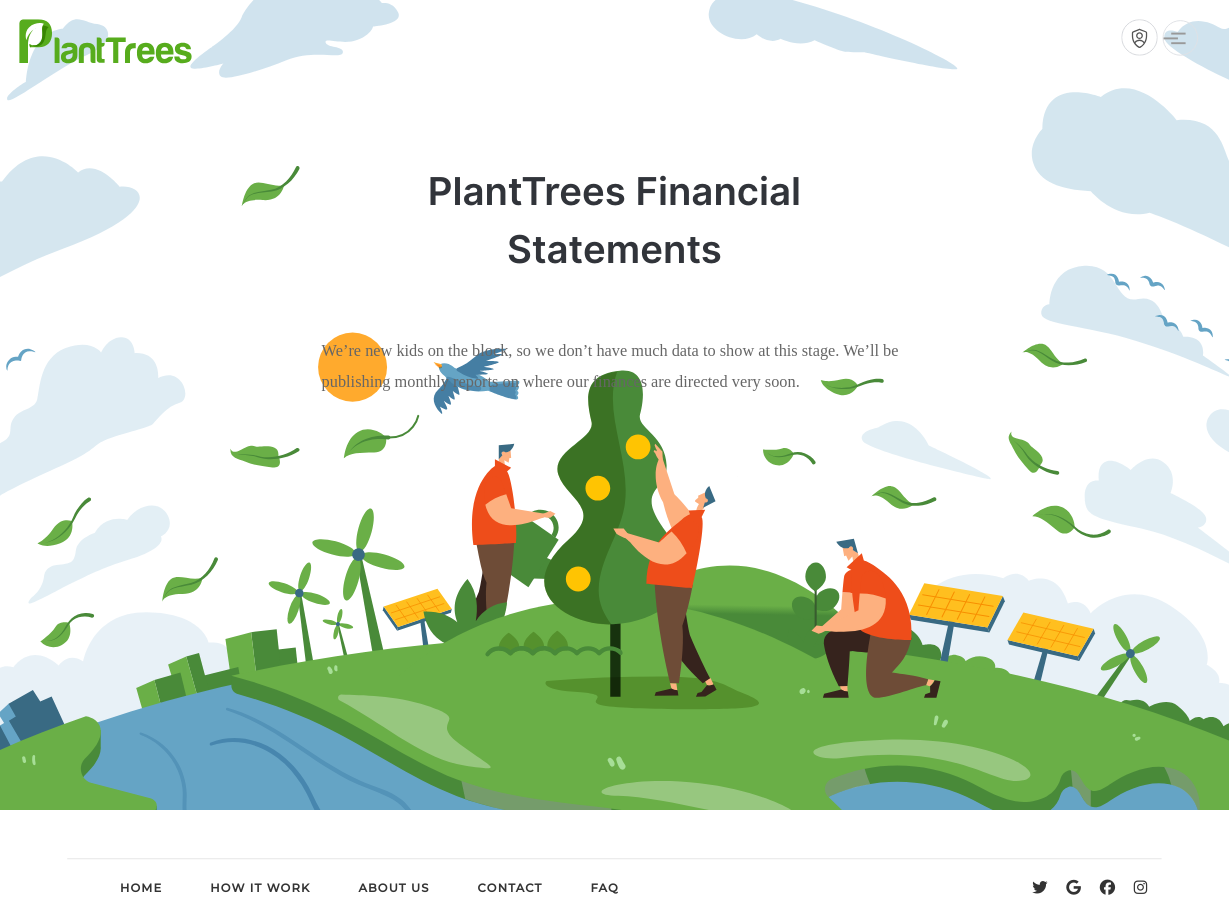
Repository: caothaito/b6g6
Page: bogo/financial.html
These files come from the project's save history. The page is drawn as it stood at one moment and after the next save; the edit follows.
The browser window is 1280 px wide. The pictures show the whole page, at 96% of full size.
Some web libraries are served in a nearby version. The style sheet was rebuilt from its Sass, Less or Tailwind sources for each picture, by a compiler version that may differ from the author's.

Above is the page before, as saved 2020-09-17 10:52:25.

### bogo/financial.html
<!DOCTYPE html>
<html lang="en">

<head>
    <meta charset="UTF-8">
    <meta name="viewport" content="width=device-width, initial-scale=1.0">
    <title>Document</title>
    <link rel="stylesheet" href="https://maxcdn.bootstrapcdn.com/bootstrap/4.0.0/css/bootstrap.min.css"
        integrity="sha384-Gn5384xqQ1aoWXA+058RXPxPg6fy4IWvTNh0E263XmFcJlSAwiGgFAW/dAiS6JXm" crossorigin="anonymous">

    <script src="https://ajax.googleapis.com/ajax/libs/jquery/3.5.1/jquery.min.js"></script>
    <!-- ==============fontawesome=== -->
    <script src="https://kit.fontawesome.com/c28984a6f5.js" crossorigin="anonymous"></script>
    <!-- ================owl================== -->
    <link rel="stylesheet" href="owlcarousel/assets/owl.carousel.min.css">
    <link rel="stylesheet" href="owlcarousel/assets/owl.theme.default.min.css">
    <script src="owlcarousel/owl.carousel.min.js"></script>

    <!-- =========================== -->
    <link rel="stylesheet" href="./assets/css/style.css">
    <link rel="stylesheet" href="./assets/css/financial.css">
</head>

<body>
    <div class="plant-trees-main main-contact-us float-left w-100">
        <div class="plant-trees-home  float-left w-100">
            <div class="plant-trees-home-searchTop float-left w-100 ">
                <a href="#" class="plant-trees-topLogo" id="topLogo">
                    <img src="./assets/images/logo.svg" alt="" class="plant-trees-logo">
                </a>
                <div class="plant-trees-searchRight float-right ">
                    <div class="plant-trees-account">
                        <div class="plant-trees-account-info" style="display:none">
                            <div class="item float-left ">
                                <div class="icon float-left">
                                    <img src="./assets/images/square.svg" alt="square.svg">
                                </div>
                                <div class="content float-right">
                                    <div class="title">Get Our App & Extension</div>
                                    <div class="desc">Protect your date on every device.</div>
                                </div>
                            </div>
                            <div class="item float-left ">
                                <div class="icon float-left">
                                    <img src="./assets/images/file.svg" alt="file.svg">
                                </div>
                                <div class="content float-right">
                                    <div class="title">Your searches are private</div>
                                    <div class="desc">We don't need to know what you do online. We don't record them.
                                    </div>
                                </div>
                            </div>
                            <div class="item float-left ">
                                <div class="icon float-left">
                                    <img src="./assets/images/browser.svg" alt="browser.svg">
                                </div>
                                <div class="content float-right">
                                    <div class="title">Your Searches Are Encrypted</div>
                                    <div class="desc">We protect your search behavior with encrypted connection.</div>
                                </div>
                            </div>
                            <div class="item float-left ">
                                <div class="icon float-left">
                                    <img src="./assets/images/secret-file.svg" alt="secret-file.svg">
                                </div>
                                <div class="content float-right">
                                    <div class="title">No tracking. No profiling</div>
                                    <div class="desc">We block hidden third-party trackers. We don't sell user's date.
                                    </div>
                                </div>
                            </div>
                        </div>
                    </div>
                    <div class="plant-trees-menu-mobile float-right">
                        <div class="nav-toggle">
                            <div class="nav-toggle-bar"></div>
                        </div>
                        <nav class="nav">
                            <ul>
                                <li class="menu-item menu-item-settings">
                                    <div class="wrap-link-item">
                                        <a href="#" title="Settings">Settings</a></div>
                                    <ul class="submenu">
                                        <li>
                                            <a href="#" title="Themes">Themes</a>
                                        </li>
                                        <li>
                                            <a href="#" title="Other settings">Other settings</a></li>
                                        <li>
                                            <a href="#" title="!Bang Search Shortcuts">!Bang SearchShortcuts</a>
                                        </li>
                                    </ul>
                                </li>

                            </ul>
                        </nav>
                    </div>
                </div>
            </div>
        </div>
    </div>

    <section>
        <div class="plant-trees-financial float-left w-100">
            <div class="container">
                <div class="row">
                    <div class="col-lg-12 col-md-12 col-sm-12">
                        <div class="plant-financialLeft float-left w-100">
                            <div class="financial-title float-left w-100 text-center">
                                <div class="">PlantTrees Financial</div>
                                <div class="">Statements</div>
                            </div>
                            <div class="financial-desc">
                                <div class="">We’re new kids on the block, so we don’t have much data to show at this stage. We’ll be publishing monthly reports on where our finances are directed very soon. </div>
                            </div>
                        </div>
                    </div>
                </div>
            </div>
        </div>
    </section>



    <!-- ====footer=== -->
    <footer class="footer-home float-left w-100">
        <div class="wrap">
            <div class="container">
                <div class="row">

                    <div class="footer-top float-left w-100">
                        <div class="footer-top-left col-md-7 col-sm-12 col-xs-12">
                            <ul>
                                <li><a href="#">HOME</a></li>
                                <li><a href="#">How it work</a></li>
                                <li><a href="#">About Us</a></li>
                                <li><a href="#">Contact</a></li>
                                <li><a href="#">FAQ</a></li>
                            </ul>
                        </div>
                        <div class="footer-top-right col-md-5 col-sm-12 col-xs-12">
                            <a href="#"><i class="fab fa-twitter"></i></a>
                            <a href="#"><i class="fab fa-google"></i></a>
                            <a href="#"><i class="fab fa-facebook"></i></a>
                            <a href="#"><i class="fab fa-instagram"></i></a>
                        </div>
                    </div>
                </div>

            </div>
        </div>
    </footer>


    <script>
        $(document).ready(function () {
            $(".plant-trees-account").click(function () {
                $(".plant-trees-account-info").slideToggle();
            })
        })

        $('.owl-carousel').owlCarousel({
            loop: true,
            margin: 10,
            responsiveClass: true,
            nav: true,
            responsive: {
                0: {
                    items: 2
                },
                480: {
                    items: 2
                },
                768: {
                    items: 3,
                },
                1000: {
                    items: 3,
                }
            }
        })
    </script>
</body>

<script src="https://cdnjs.cloudflare.com/ajax/libs/popper.js/1.12.9/umd/popper.min.js"
    integrity="sha384-ApNbgh9B+Y1QKtv3Rn7W3mgPxhU9K/ScQsAP7hUibX39j7fakFPskvXusvfa0b4Q" crossorigin="anonymous">
</script>
<script src="https://maxcdn.bootstrapcdn.com/bootstrap/4.0.0/js/bootstrap.min.js"
    integrity="sha384-JZR6Spejh4U02d8jOt6vLEHfe/JQGiRRSQQxSfFWpi1MquVdAyjUar5+76PVCmYl" crossorigin="anonymous">
</script>
<script src="./assets/js/main.js"></script>

</html>

### bogo/assets/css/financial.scss
@mixin respond($breakpoint) {
    @if $breakpoint==phone {
        @media (max-width: 600px) {
            @content
        }

        ; //600px
    }

    @if $breakpoint==tab-port {
        @media (max-width: 900px) {
            @content
        }

        ; //900px
    }

    @if $breakpoint==tab-land {
        @media (max-width: 1200px) {
            @content
        }

        ; //1200px
    }

    @if $breakpoint==big-desktop {
        @media (min-width: 1800px) {
            @content
        }

        ; //1800px
    }
}
@font-face {
    font-family: Inter;
    src: url("../fonts/Inter-SemiBold_5a940f143aafecbf00719f75eea1dd90.otf");
}


.plant-trees-financial{
    background-image: url('../images/financial/asset-1.svg') ;
    background-size: cover;
    background-position: bottom;
    background-repeat: no-repeat;

    .plant-financialLeft{

        padding: 170px 0 430px;
        .financial-title{
            color: #31343a;
            padding: 0 12px 5px;
            font-weight: 700;
            font-size: 40px;
            font-size: 2.5rem;
            font-family: Inter;
        }
        .financial-desc{
            padding: 180px 250px 0px 250px;
            font-family: InterUI;
            font-size: 17px;
            line-height: 1.88;
            color: #666666;
        }
    }
}

Loaded but not shown: bogo/owlcarousel/assets/owl.carousel.min.css (library); bogo/owlcarousel/assets/owl.theme.default.min.css (common file); bogo/owlcarousel/owl.carousel.min.js (library); bogo/assets/js/main.js (33 lines, source omitted); bogo/assets/css/style.scss (784 lines, source omitted)

After the next save:
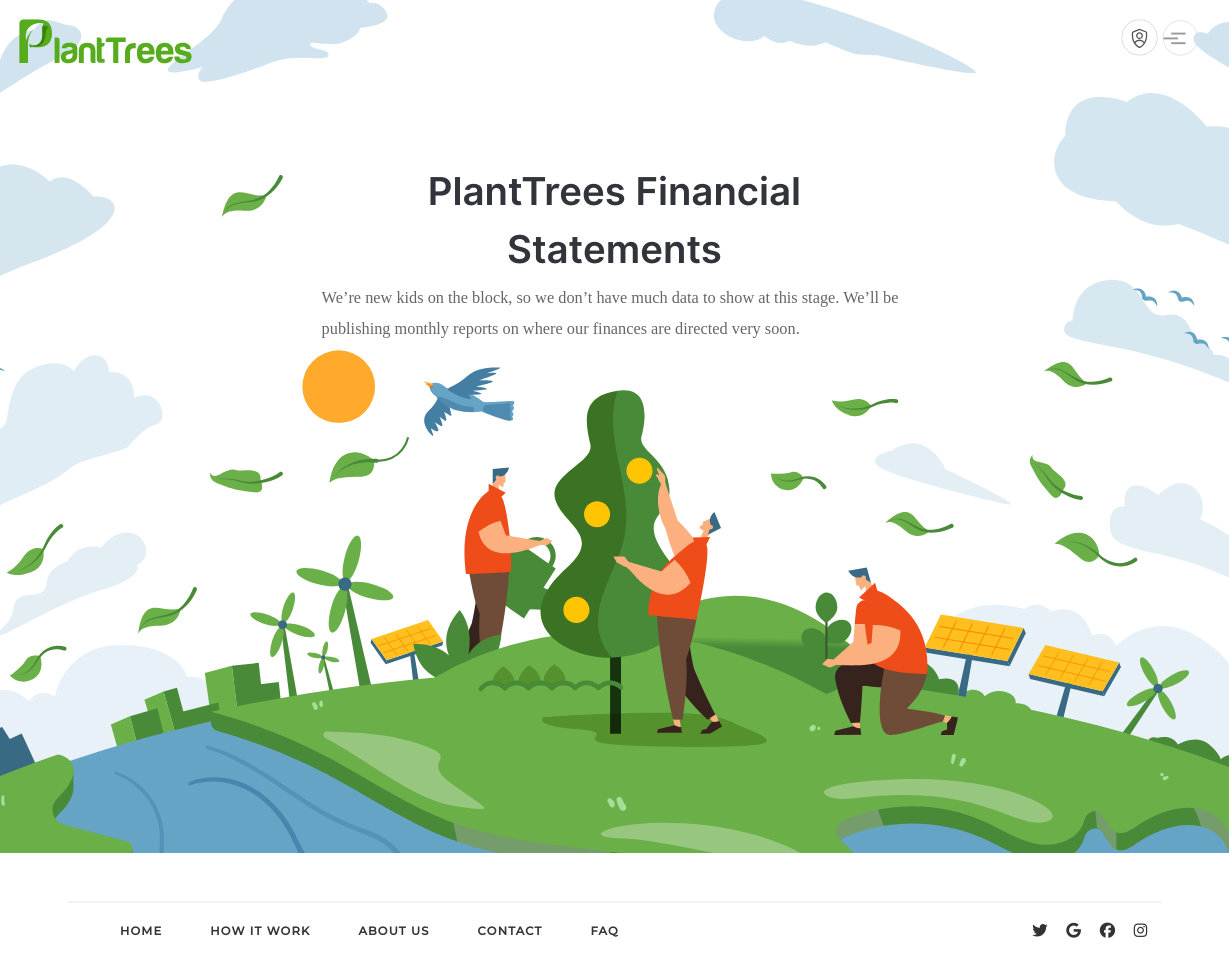
Saved 90 s later.
--- a/bogo/assets/css/financial.scss
+++ b/bogo/assets/css/financial.scss
@@ -55,7 +55,7 @@
             font-family: Inter;
         }
         .financial-desc{
-            padding: 180px 250px 0px 250px;
+            padding: 0 250px 100px 250px;
             font-family: InterUI;
             font-size: 17px;
             line-height: 1.88;
